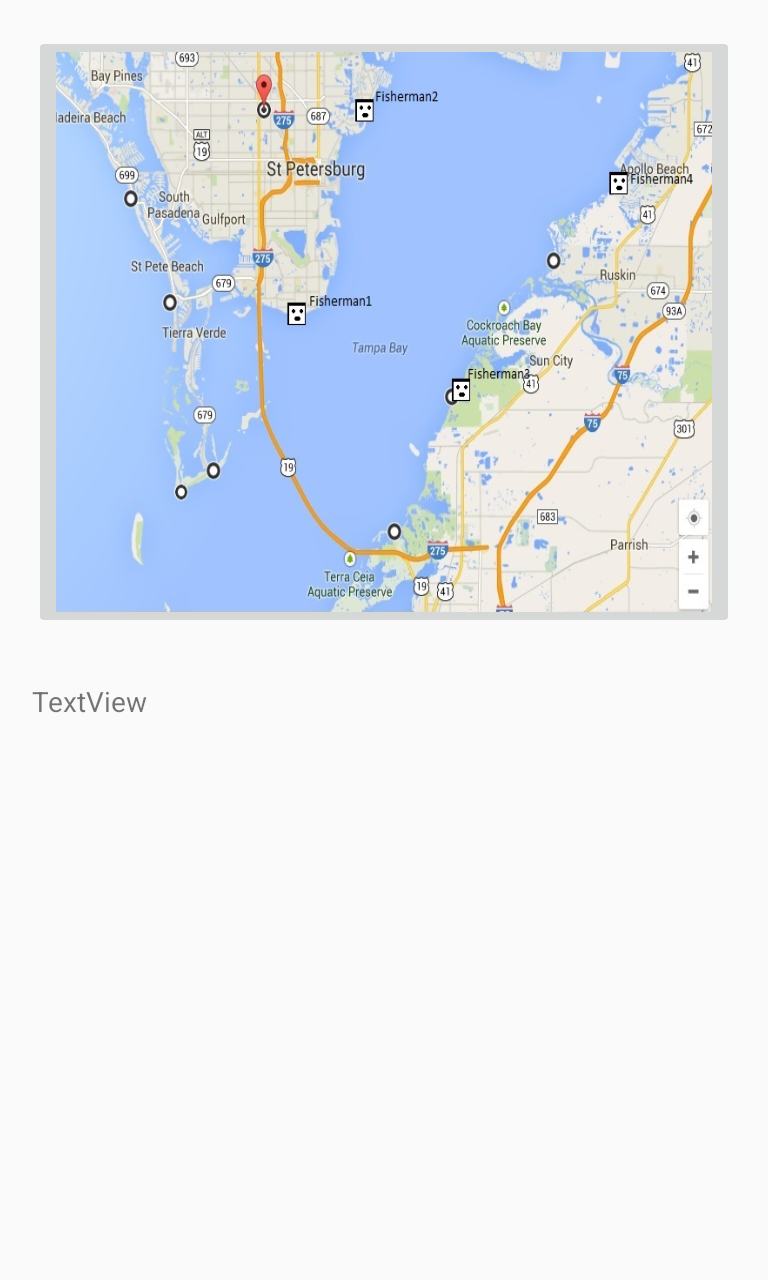
Repository: zerox2012/Fall2014Android
Layout: FishingBuddy/res/layout/activity_map.xml
An editor plug-in stored every save of this project. The layout is shown before and after the next save, followed by the edit.
It is drawn on a 768 x 1280 px phone screen (xhdpi) without system bars, with theme AppTheme; the app's code is not run.

Above is the layout before, as saved 2014-10-21 02:46:37.

### FishingBuddy/res/layout/activity_map.xml
<RelativeLayout xmlns:android="http://schemas.android.com/apk/res/android"
    xmlns:tools="http://schemas.android.com/tools"
    android:layout_width="match_parent"
    android:layout_height="match_parent"
    android:paddingBottom="@dimen/activity_vertical_margin"
    android:paddingLeft="@dimen/activity_horizontal_margin"
    android:paddingRight="@dimen/activity_horizontal_margin"
    android:paddingTop="@dimen/activity_vertical_margin"
    tools:context="usf.fall2014.android.fishingbuddy.Map" >

   <ImageButton
       android:id="@+id/imageButton10"
       android:contentDescription="@string/button_map"
       android:layout_width="fill_parent"
       android:layout_height="300dp"
       android:scaleType="fitXY"
       android:src="@drawable/map" />

   <TextView
       android:id="@+id/textView1"
       android:layout_width="wrap_content"
       android:layout_height="wrap_content"
       android:layout_alignLeft="@+id/imageButton10"
       android:layout_below="@+id/imageButton10"
       android:layout_marginTop="25dp"
       android:text="TextView" />

</RelativeLayout>

### FishingBuddy/res/values/strings.xml
<?xml version="1.0" encoding="utf-8"?>
<resources>

    <string name="app_name">FishingBuddy</string>
    <string name="hello_world">Hello world!</string>
    <string name="action_settings">Settings</string>
    <string name="title_activity_main_menu">MainMenu</string>
    <string name="title_activity_gallery">Gallery</string>
    <string name="title_activity_message">Message</string>
    <string name="title_activity_new_user">NewUser</string>
    <string name="title_activity_forgot_password">ForgotPassword</string>
    <string name="title_activity_map">Map</string>
    <string name="user_name">Username</string>
    <string name="password">Password</string>
    <string name="button_login">Login</string>
    <string name="new_user">New User</string>
    <string name="forgot_password">Forgot Password</string>
    <string name="remember_me">remember me</string>
    <string name="label_email">Email</string>
    <string name="label_confirm_email">Confirm</string>
    <string name="create_account">Create Account</string>
    <string name="cancel">Cancel</string>
    <string name="label_water_temp">Water Temperature</string>
    <string name="label_current_time">Current Time</string>
    <string name="label_tide_information">Tide Information</string>
    <string name="label_tide_chart">Hi                 Lo                  Hi                    Lo         </string>
    <string name="button_map">Fishing Map</string>
    <string name="button_gallery">Gallery</string>
    <string name="button_setting">Setting</string>
    <string name="button_exitapp">Sign Out</string>
    <string name="label_hi">Hi</string>
    <string name="label_lo">Lo</string>
    <string name="tide_value1_hi">00:00AM - 0.00feet</string>
    <string name="tide_value2_hi">00:00AM - 0.00feet</string>
    <string name="tide_value1_lo">00:00AM - 0.00feet</string>
    <string name="tide_value2_lo">00:00AM - 0.00feet</string>
    <string name="value_current_time">00:00:00 AM</string>
    <string name="value_current_temp">00.00F</string>
    <string name="value_current_date">October 21, 2014</string>
    <string name="label_send_password">Send Password</string>
    <string name="password_recovery_instruction">Please enter your email below and click Send Password.  Check your email afterward to get your password.</string>

</resources>

Loaded but not shown: FishingBuddy/res/values/styles.xml (common file); FishingBuddy/res/values-v11/styles.xml (common file); FishingBuddy/res/values-v14/styles.xml (common file); FishingBuddy/res/values/dimens.xml (common file); FishingBuddy/res/values-w820dp/dimens.xml (common file)

After the next save:
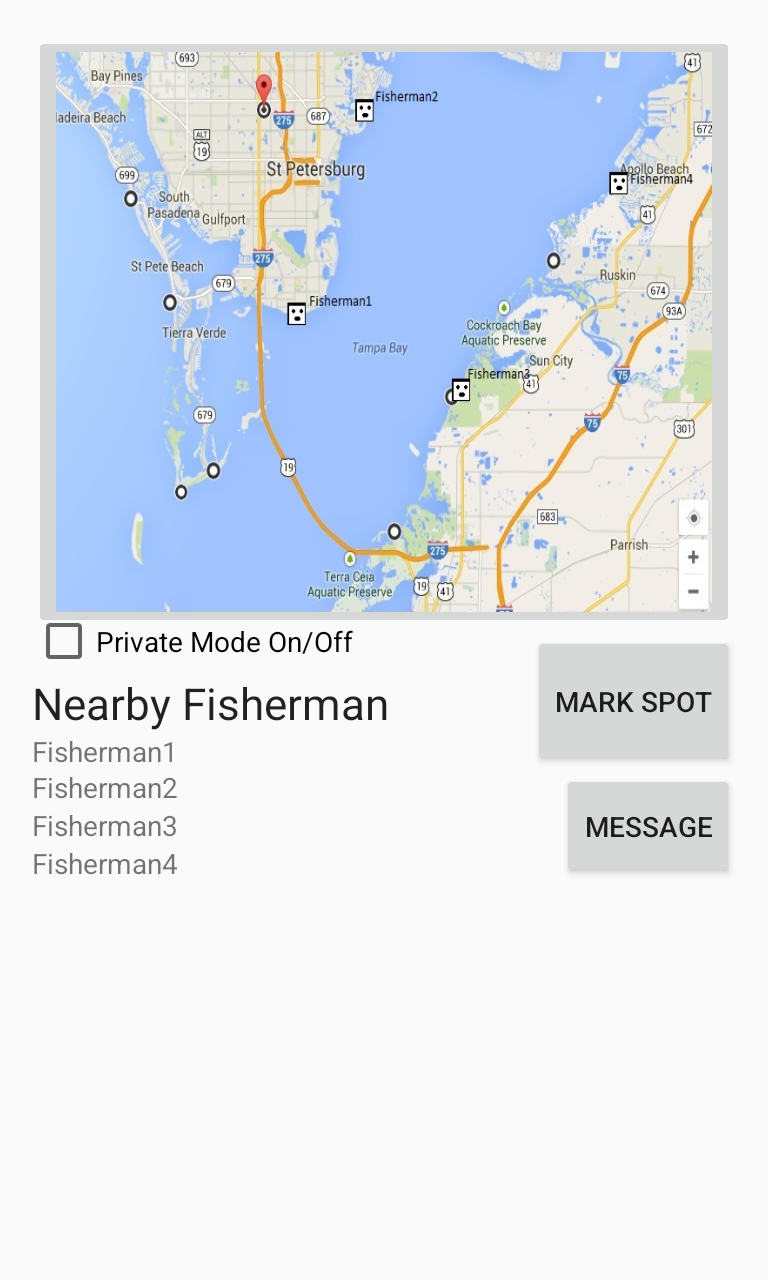
Saved 9 min 12 s later.
--- a/FishingBuddy/res/layout/activity_map.xml
+++ b/FishingBuddy/res/layout/activity_map.xml
@@ -17,12 +17,74 @@
        android:src="@drawable/map" />
 
    <TextView
+       android:id="@+id/textView3"
+       android:layout_width="wrap_content"
+       android:layout_height="wrap_content"
+       android:layout_alignLeft="@+id/textView2"
+       android:layout_below="@+id/textView2"
+       android:text="Fisherman3" />
+
+   <TextView
+       android:id="@+id/textView2"
+       android:layout_width="wrap_content"
+       android:layout_height="wrap_content"
+       android:layout_alignLeft="@+id/textView1"
+       android:layout_alignTop="@+id/textView1"
+       android:layout_marginTop="18dp"
+       android:text="Fisherman2" />
+
+   <TextView
+       android:id="@+id/textView4"
+       android:layout_width="wrap_content"
+       android:layout_height="wrap_content"
+       android:layout_alignRight="@+id/textView3"
+       android:layout_below="@+id/textView3"
+       android:text="Fisherman4" />
+
+   <TextView
        android:id="@+id/textView1"
        android:layout_width="wrap_content"
        android:layout_height="wrap_content"
        android:layout_alignLeft="@+id/imageButton10"
        android:layout_below="@+id/imageButton10"
-       android:layout_marginTop="25dp"
-       android:text="TextView" />
+       android:layout_marginTop="50dp"
+       android:text="Fisherman1" />
+
+   <TextView
+       android:id="@+id/textView5"
+       android:layout_width="wrap_content"
+       android:layout_height="wrap_content"
+       android:layout_above="@+id/textView2"
+       android:layout_alignLeft="@+id/textView1"
+       android:text="Nearby Fisherman"
+       android:textAppearance="?android:attr/textAppearanceLarge" />
+
+   <CheckBox
+       android:id="@+id/checkBox1"
+       android:layout_width="wrap_content"
+       android:layout_height="wrap_content"
+       android:layout_above="@+id/textView5"
+       android:layout_alignLeft="@+id/imageButton10"
+       android:layout_toLeftOf="@+id/button1"
+       android:text="Private Mode On/Off" />
+
+   <Button
+       android:id="@+id/button_mark_spot"
+       style="?android:attr/buttonStyleSmall"
+       android:layout_width="wrap_content"
+       android:layout_height="wrap_content"
+       android:layout_alignBottom="@+id/textView1"
+       android:layout_alignRight="@+id/imageButton10"
+       android:layout_below="@+id/imageButton10"
+       android:text="Mark Spot" />
+
+   <Button
+       android:id="@+id/button_message"
+       android:layout_width="wrap_content"
+       android:layout_height="wrap_content"
+       android:layout_alignBottom="@+id/textView4"
+       android:layout_alignRight="@+id/button_mark_spot"
+       android:layout_below="@+id/button_mark_spot"
+       android:text="Message" />
 
 </RelativeLayout>
